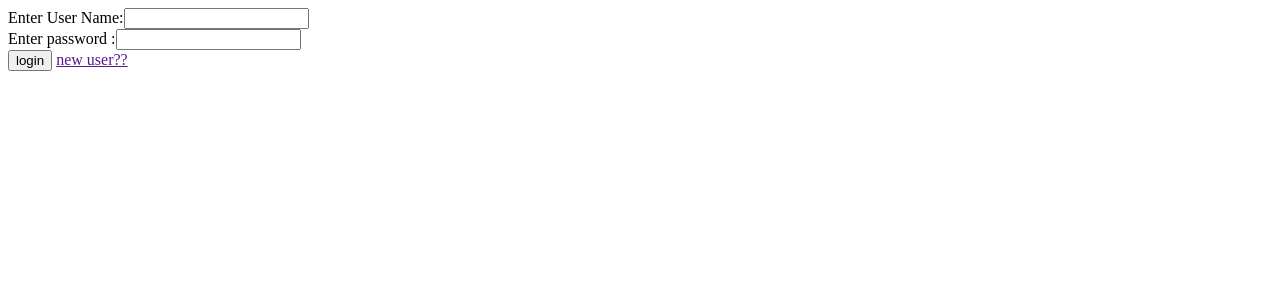
Repository: mugdha97/JSPServlet
Page: http://localhost/com.bridgelabz.loginRegister/login.jsp
These files come from the project's save history. The page is drawn as it stood at one moment and after the next save; the edit follows.
The browser window is 1280 px wide. The pictures show the whole page.
The page is served by Tomcat 9.

Above is the page before, as saved 2019-10-18 13:25:49.

After the next save:
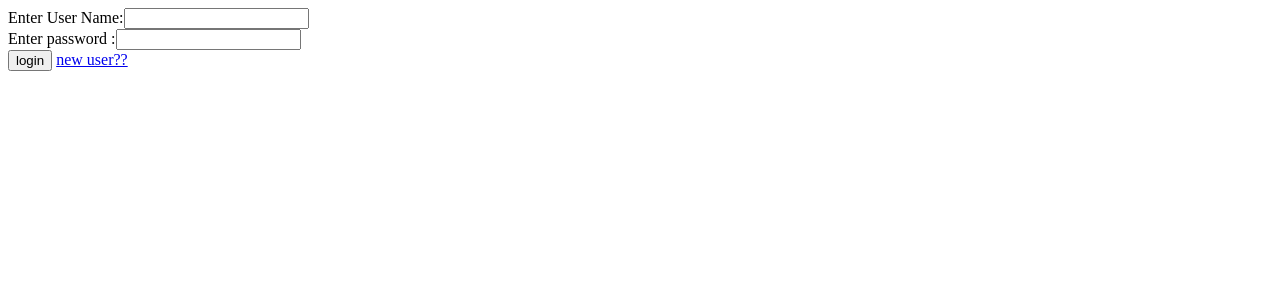
Saved 21 s later.
--- a/com.bridgelabz.loginRegister/WebContent/login.jsp
+++ b/com.bridgelabz.loginRegister/WebContent/login.jsp
@@ -11,7 +11,7 @@
 Enter User Name:<input type="text" name="uname"><br>
 Enter password :<input type="password" name="password"><br>
 <input type="submit" value="login">
-<a href>new user??</a>
+<a href="Registration.jsp">new user??</a>
 </form>
 <form >
 
